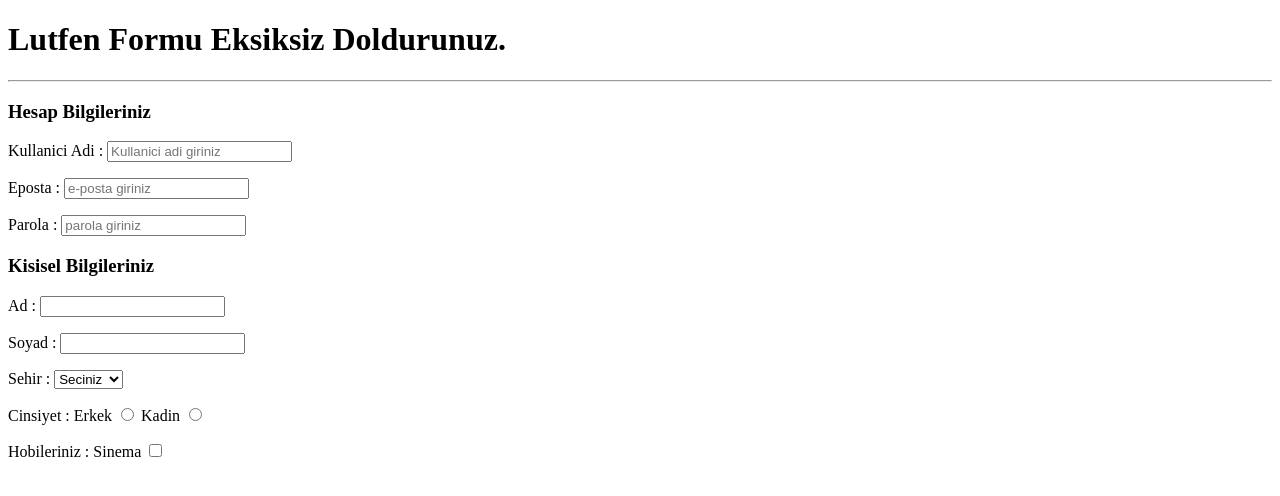
Repository: sammkrt/git101
Page: html-css-TrainingMyself/uygulama4.html
These files come from the project's save history. The page is drawn as it stood at one moment and after the next save; the edit follows.
The browser window is 1280 px wide. The pictures show the whole page.

Above is the page before, as saved 2022-12-22 12:51:39.

After the next save:
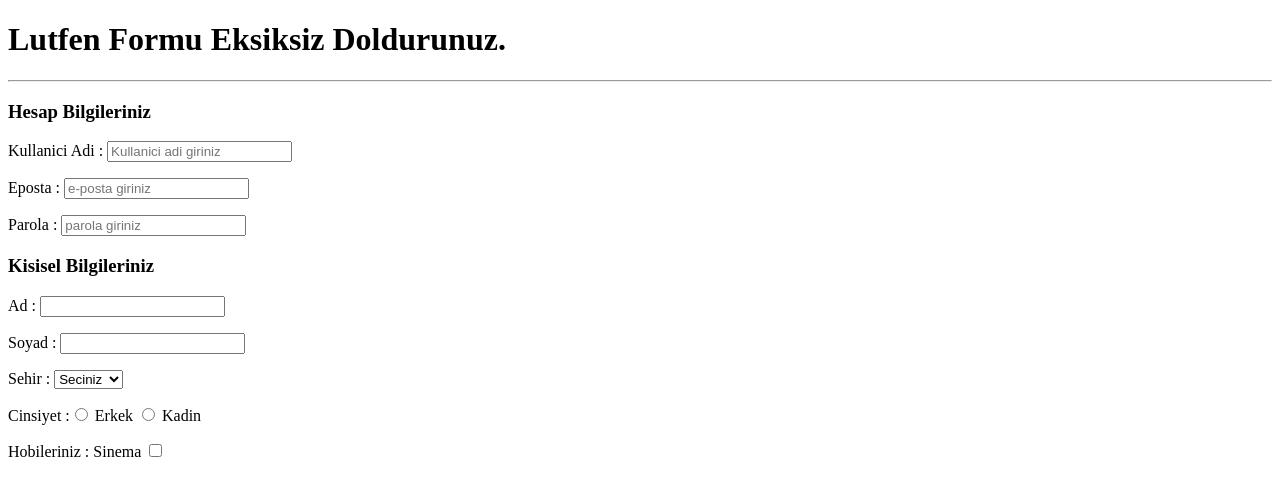
Saved 27 s later.
--- a/html-css-TrainingMyself/uygulama4.html
+++ b/html-css-TrainingMyself/uygulama4.html
@@ -37,8 +37,8 @@
             </select>
         </p>
         <p>
-            Cinsiyet : Erkek <input type="radio" name="Cinsiyet">
-            Kadin <input type="radio" name="Cinsiyet">
+            Cinsiyet :<input type="radio" name="Cinsiyet">  Erkek
+            <input type="radio" name="Cinsiyet"> Kadin
         </p>
         <p>
             Hobileriniz : Sinema <input type="checkbox">
